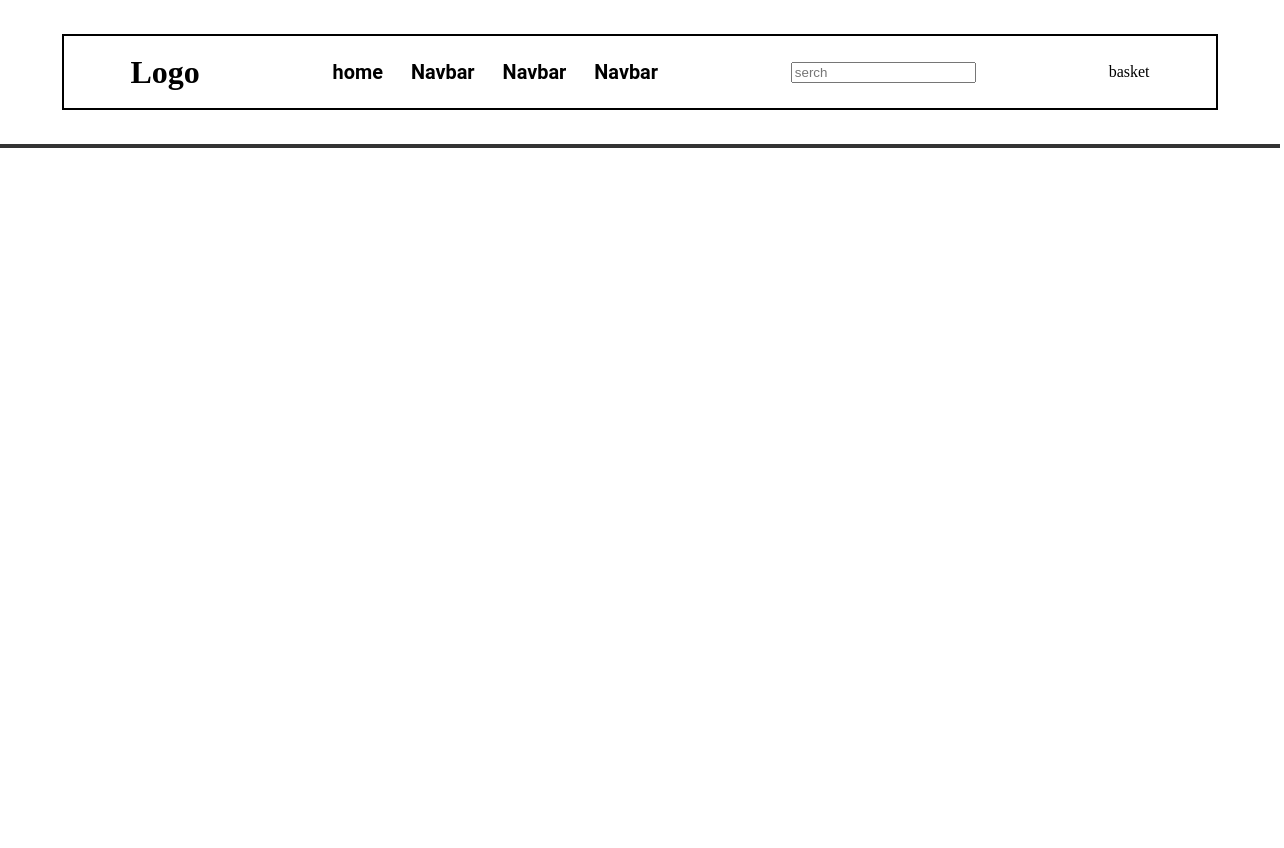
Repository: Islam432/Islam-and-Arsi---team
Page: /
The author's editor kept a copy of each file at every save. The page is drawn from the files as they stood at one save, then again after the next save.
The browser window is 1280 px wide. The page is 1280 px wide, then 1284 px, so the pictures cover 1284 px, including what lies to the right of the window. The pictures show the whole page.
The project was rebuilt for these pictures with package versions that can differ from the ones it lists, and the page was loaded fresh each time. Also part of the build but not shown: vite.config.js, src/App.css, src/components/Comp/Comp.jsx.

Above is the page before, as saved 2023-03-11 22:56:57.

### src/main.jsx
import React from "react";
import ReactDOM from "react-dom/client";
import App from "./App";
import "./index.css";
import { BrowserRouter } from "react-router-dom";


ReactDOM.createRoot(document.getElementById("root")).render(
  <React.StrictMode>

      <BrowserRouter>
        <App />
      </BrowserRouter>

  </React.StrictMode>
);

### src/App.jsx
import { useState } from "react";
import reactLogo from "./assets/react.svg";
import "./App.css";
import { Route, Routes } from "react-router-dom";
import { Layout } from "./components/Layout";
import { Home } from "./components/Home/Home";
import { Comp } from "./components/Comp/Comp";

function App() {
  return (

    <Layout>  <Routes>
    <Route path="/" element = {<Home/>}/>
    <Route path="/comp" element= {<Comp/>} />
  </Routes></Layout>

  );
}

export default App;

### src/components/Layout/index.jsx
import React from 'react'
import { Navbar } from '../Navbar/Navbar'

export const Layout = ({children}) => {
  return (
  <>
 <Navbar/>
  <main>{children}</main>
  </>
  )
}

### src/components/Home/Home.jsx
import React from 'react'
import styles from './Home.module.css'


export const Home = () => {
  return (
    <div className={styles.cont}>
      <div className={styles.blok1}></div>
    </div>
  )
}

### src/components/Navbar/Navbar.jsx
import React from "react";
import { NavLink } from "react-router-dom";
import styles from "./Navbar.module.css";

export const Navbar = () => {
  return (
    <div className={styles.cont}>
      <div className={styles.allnav}>
        <h1>Logo</h1>

        <div className={styles.navbar}>
          <NavLink to={'/'} className={styles.NavLink}>
            <h3>home</h3>
          </NavLink>
          <NavLink to={'/comp'} className={styles.NavLink}>
            <h3>Navbar</h3>
          </NavLink>
          <NavLink className={styles.NavLink}>
            <h3>Navbar</h3>
          </NavLink>
          <NavLink className={styles.NavLink}>
            <h3>Navbar</h3>
          </NavLink>

        </div>

        <div className={styles.inputblok}>
          <input type="text" placeholder="serch" />
        </div>

        <div>basket</div>
      </div>
    </div>
  );
};

### src/components/Home/Home.module.css
.cont{
    margin: 0;
    width: 100%;
    height: 700px;
  bor
}

### src/components/Navbar/Navbar.module.css
.cont {
    margin: 0;
  display: flex;
  align-items: center;
  justify-content: center;
  height: 20vh;
  background: #ffffff;
border-bottom: 4px solid #333;
}

.allnav {
  display: flex;
  align-items: center;
  justify-content: space-around;
  width: 90%;
  height: 10vh;
  border: 2px solid black;
}
.navbar {
  display: flex;
  justify-content: space-around;
  align-items: center;
  gap: 28px;

  font-family: Roboto;
  font-style: Bold;
  font-size: 17px;

}
.NavLink{
    text-decoration: none;
    color: rgb(0, 0, 0);
}

Loaded but not shown: index.html (common file); src/index.css (common file)

After the next save:
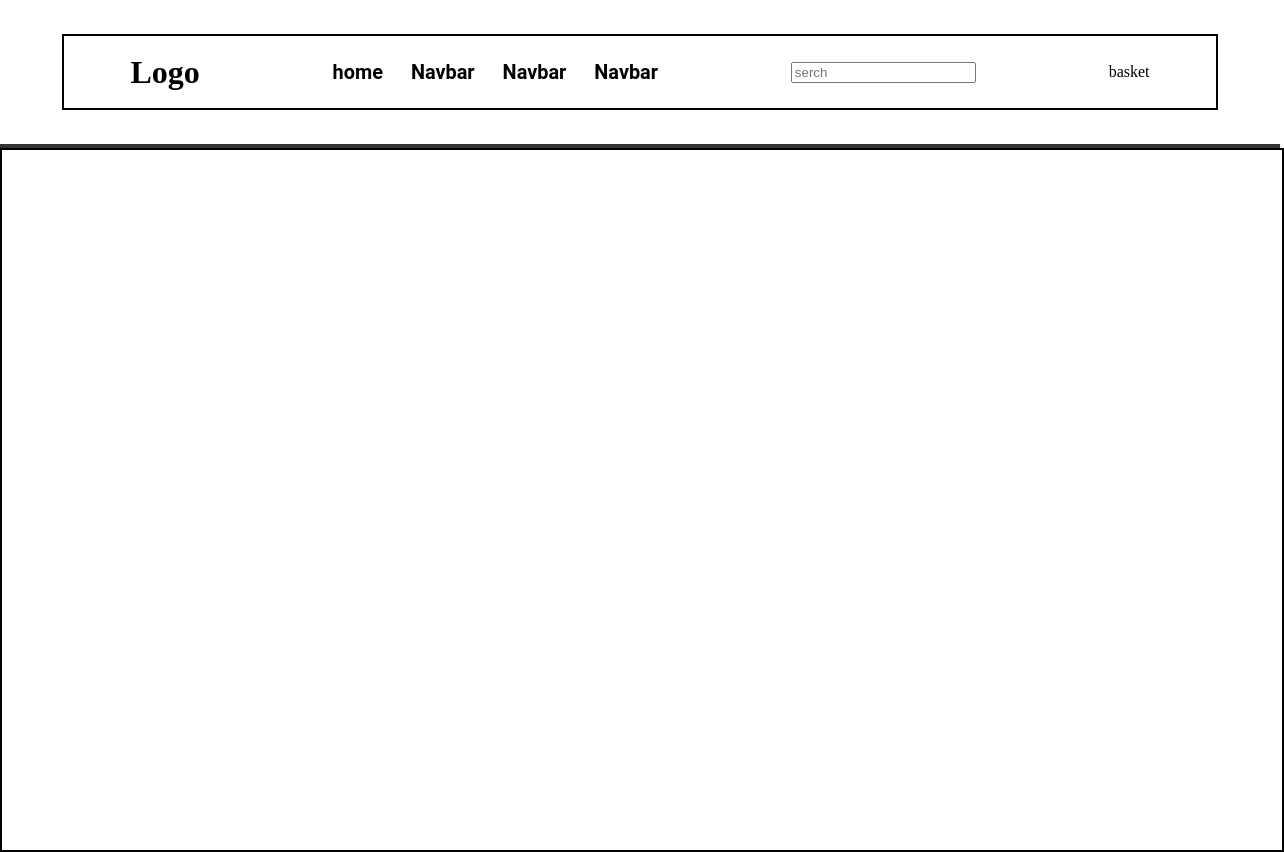
Saved 6 s later.
--- a/src/components/Home/Home.module.css
+++ b/src/components/Home/Home.module.css
@@ -2,5 +2,5 @@
     margin: 0;
     width: 100%;
     height: 700px;
-  bor
+  border: 2px solid black;
 }
